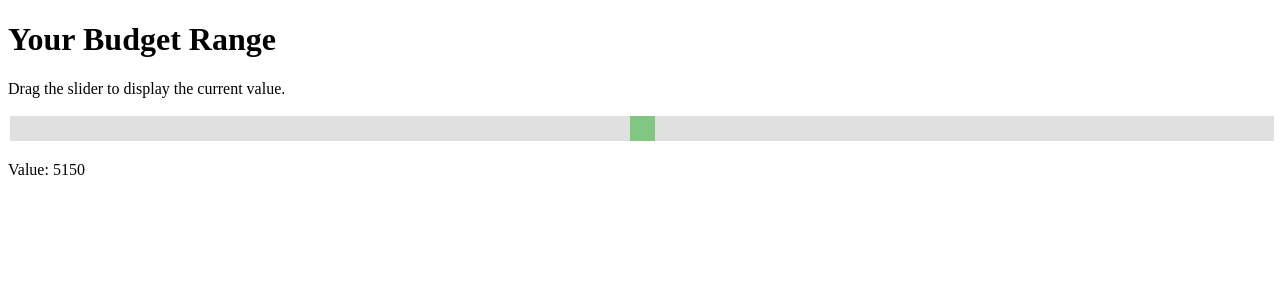
Repository: NanSin21/Mytourism-Website
Page: toursandtravelsmanagement/WebContent/TripPlaces/budget.html
An editor plug-in stored every save of this project. The page is shown before and after the next save, followed by the edit.
The browser window is 1280 px wide. The pictures show the whole page.

Above is the page before, as saved 2018-07-23 07:30:21.

After the next save:
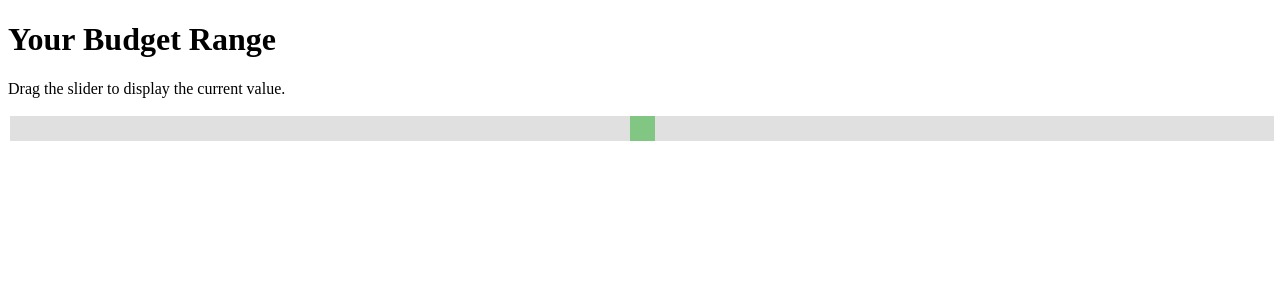
Console error: TypeError: Cannot set properties of null (setting 'innerHTML')
Saved 7 min 17 s later.
--- a/toursandtravelsmanagement/WebContent/TripPlaces/budget.html
+++ b/toursandtravelsmanagement/WebContent/TripPlaces/budget.html
@@ -45,8 +45,9 @@
 <p>Drag the slider to display the current value.</p>
 
 <div class="slidecontainer">
-  <input type="range" min="300" max="10000" value="this.value" class="slider" id="myRange">
-  <p>Value: <span id="demo"></span></p>
+  <input type="range" name="foo" min="300" max="10000" value="" class="slider" id="myRange">
+  <output for="foo" onforminput="value = foo.valueAsNumber;"></output>
+  <!-- <p>Value: <span id="demo"></span></p> -->
 </div>
 
 <script>

After the save that followed:
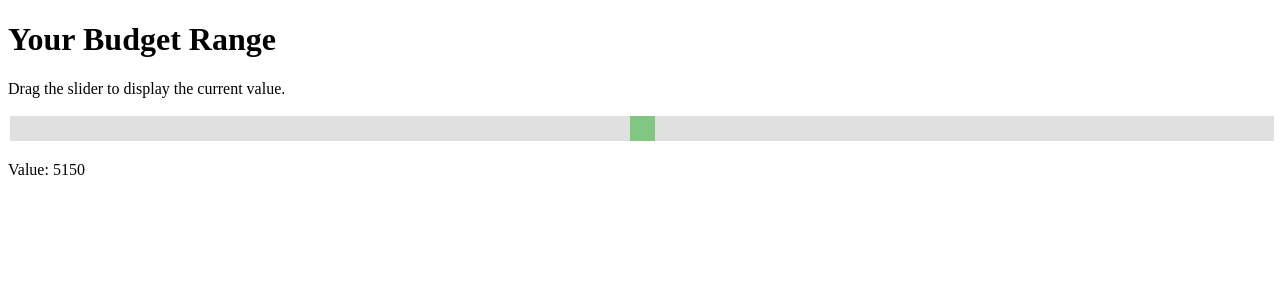
The error is gone.
Saved 38 s later.
--- a/toursandtravelsmanagement/WebContent/TripPlaces/budget.html
+++ b/toursandtravelsmanagement/WebContent/TripPlaces/budget.html
@@ -47,7 +47,7 @@
 <div class="slidecontainer">
   <input type="range" name="foo" min="300" max="10000" value="" class="slider" id="myRange">
   <output for="foo" onforminput="value = foo.valueAsNumber;"></output>
-  <!-- <p>Value: <span id="demo"></span></p> -->
+  <p>Value: <span id="demo"></span></p>
 </div>
 
 <script>
